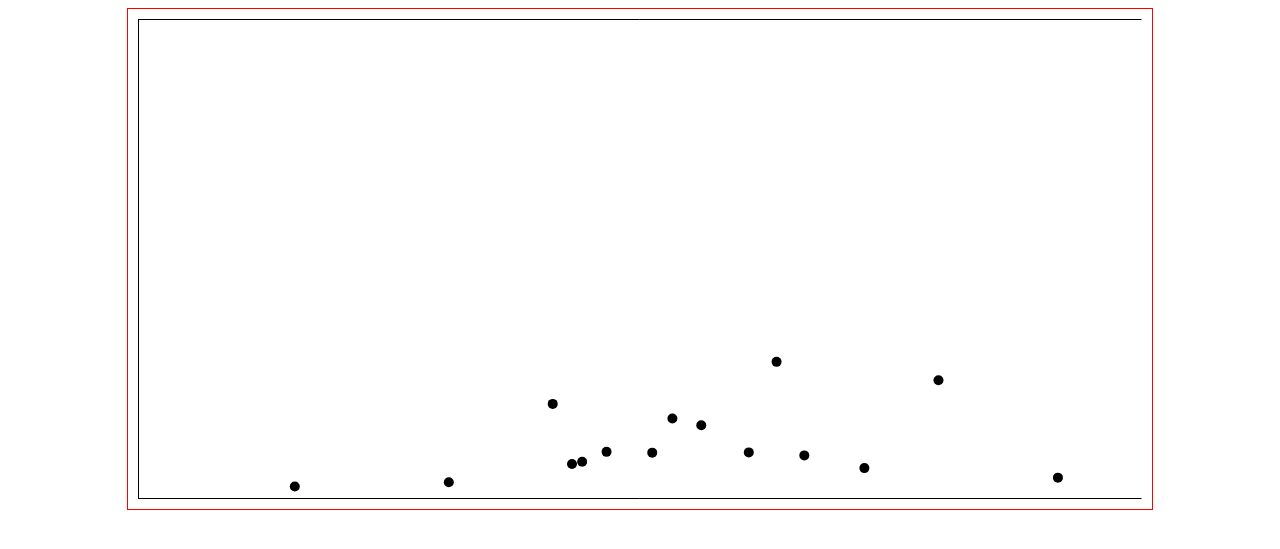
Repository: cw19931024/Demo
Page: canvas.html
An editor plug-in stored every save of this project. The page is shown before and after the next save, followed by the edit.
The browser window is 1280 px wide. The pictures show the whole page.

Above is the page before, as saved 2017-07-27 11:51:08.

### canvas.html
<!DOCTYPE html>
<html lang="en">

<head>
    <title></title>
    <meta charset="UTF-8">
    <meta name="viewport" context="width=device-width, initial-scale=1">
    <style>
        canvas {
            margin: 0 auto;
            border: 1px solid red;
            width: 1024px;
            height: 500px;
        }

        .tac {
            text-align: center;
        }
    </style>
</head>

<body>
    <div class="tac">
        <canvas id="canvas" width="1024" height="500"></canvas>
    </div>
</body>
<script>
    var data = [
        [96.24, 11.35],
        [33.09, 85.11],
        [57.60, 36.61],
        [36.77, 27.26],
        [20.10, 6.72],
        [45.53, 36.37],
        [110.07, 80.13],
        [72.05, 20.88],
        [39.82, 37.15],
        [48.05, 70.50],
        [0.85, 2.57],
        [51.66, 63.70],
        [61.07, 127.13],
        [64.54, 33.59],
        [35.50, 25.01],
        [226.55, 664.02],
        [188.60, 175.31],
        [81.31, 108.68]
    ];

    var canvas = document.getElementById('canvas');
    var context = canvas.getContext('2d');
    var width = canvas.width;
    var height = canvas.height;
    var padding = 10;

    context.beginPath();
    Edit('moveTo',[padding + 0.5, height - padding - 0.5]);
    Edit('lineTo',[padding + 0.5,padding + 0.5]);
    Edit('moveTo',[padding,height-padding-0.5]);
    Edit('lineTo',[width-padding-0.5,height-padding-0.5]);
    Edit('moveTo',[padding,padding + 0.5]);
    Edit('lineTo',[width - padding - 0.5,padding + 0.5]);
    context.stroke();

    data.sort().forEach(function(e){
        context.beginPath();
        context.arc((e[0]+20)*8,(height-e[1]-20),5, 0, Math.PI*2, true);
        context.fillStyle = "#000000";
        context.fill();
    })

    function Edit(type,data){
       if(data.length==2){
           return context[type](data[0],data[1])
       }else{
           return context[type](data[0],data[1],data[2],data[3],data[4],data[5])
       }
    }
</script>

</html>

After the next save:
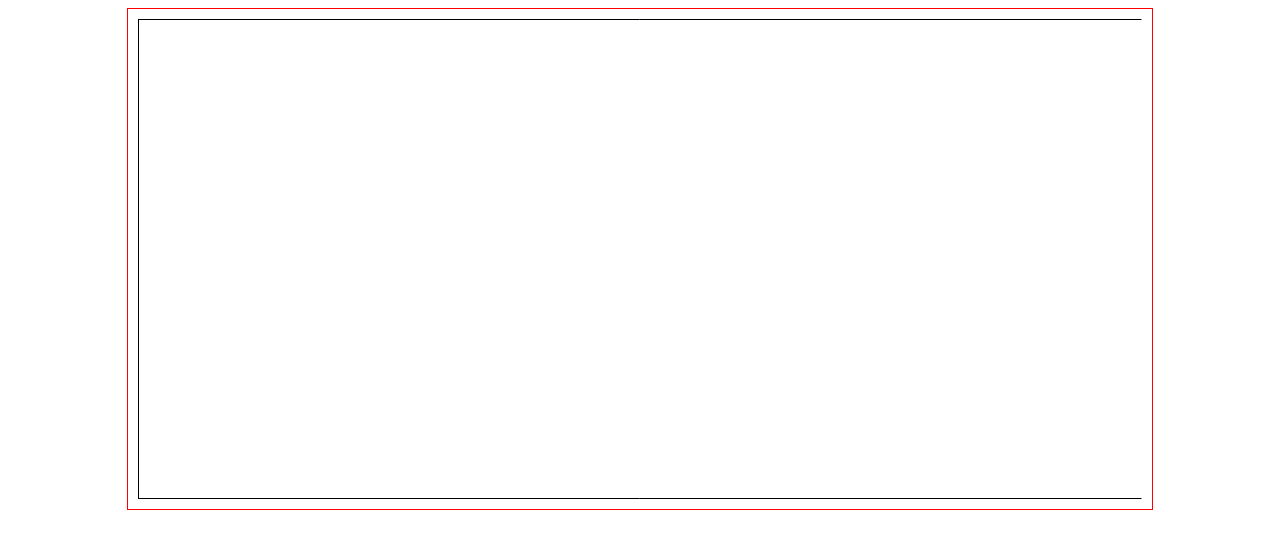
Saved 117 min 29 s later.
--- a/canvas.html
+++ b/canvas.html
@@ -62,6 +62,7 @@
     context.stroke();
 
     data.sort().forEach(function(e){
+        return false;
         context.beginPath();
         context.arc((e[0]+20)*8,(height-e[1]-20),5, 0, Math.PI*2, true);
         context.fillStyle = "#000000";
